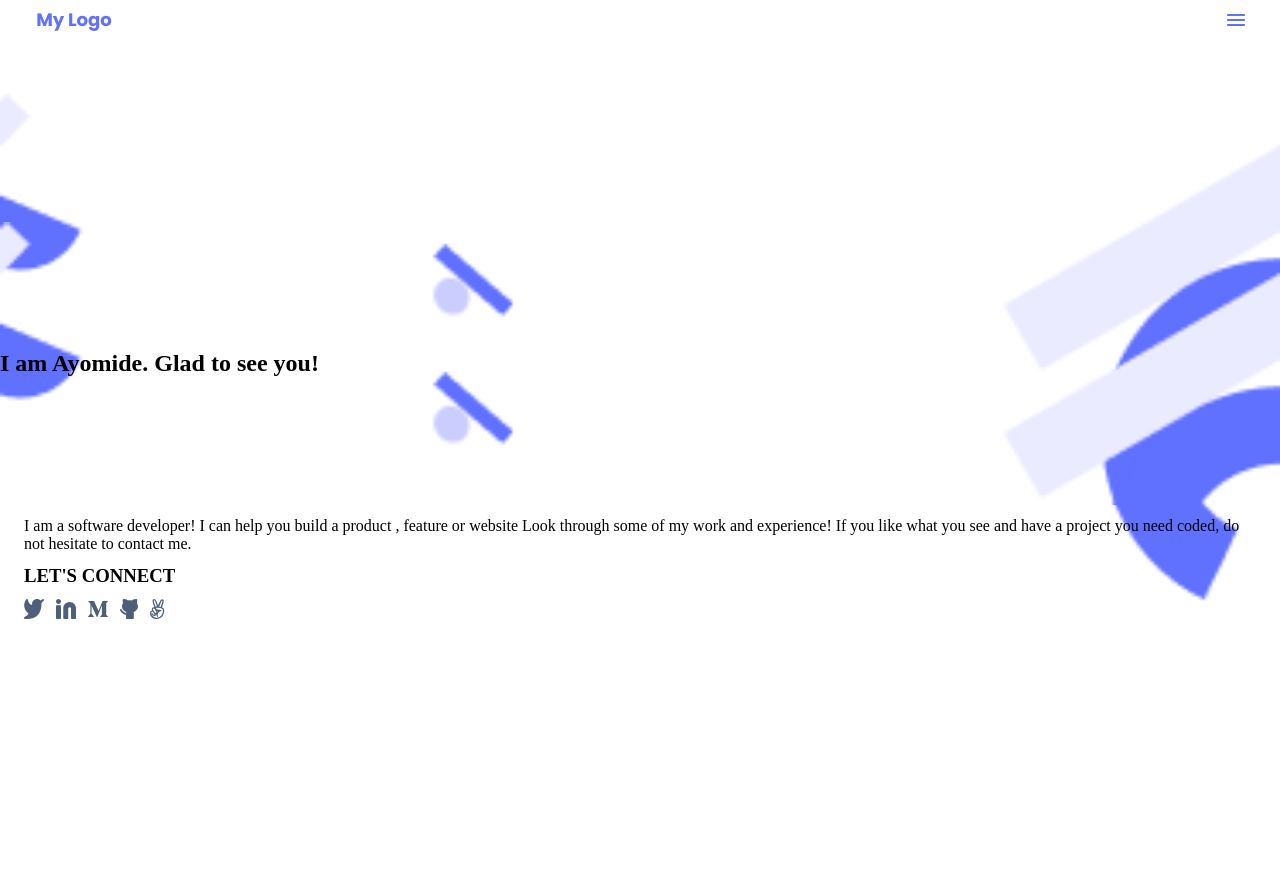
Repository: Paulinelali/potfoilo.github.io
Page: public/index.html
The author's editor kept a copy of each file at every save. The page is drawn from the files as they stood at one save, then again after a run of saves.
The browser window is 1280 px wide. The pictures show the whole page.

Above is the page before, as saved 2023-03-31 00:30:16.

### public/index.html
<!DOCTYPE html>
<html lang="en">
<head>
    <meta charset="UTF-8">
    <meta http-equiv="X-UA-Compatible" content="IE=edge">
    <meta name="viewport" content="width=device-width, initial-scale=1.0">
    <link rel="preconnect" href="https://fonts.googleapis.com">
    <link rel="preconnect" href="https://fonts.gstatic.com" crossorigin>
    <link href="https://fonts.googleapis.com/css2?family=Poppins:wght@400;700&display=swap" rel="stylesheet">
    <link rel="stylesheet" href="../styles/style.css">
    <title>Ayomide S.E.P</title>
</head>
<body>
    <header class="header">
        <nav class="nav pad-aside">
            <a href="#">
                <img src="../assets/Logo Placeholder.png" alt="">
            </a>
            <a href="#"><img src="../assets/Normal Button/Tertiary/Enabled.png" alt=""></a>
        </nav>
        <section class="intro">
            <div class="introc-content pad-aside">
                <h1 class="pad-aside">
                    I am Ayomide.
                Glad to see you!
                </h1>
                <p class="pad-aside">
                    I am a software developer! I can help you build a product , feature or website   Look through some of my work and
                    experience! If you like what you see and have a project you need coded,
                    do not hesitate to contact me.
                </p>
                <h3 class="pad-aside">
                    LET'S CONNECT
                </h3>
                <div class="social-icons pad-aside ">
                    <img src="../assets/social icons/Vector.svg" alt="">
                    <img src="../assets/social icons/Linkedin icon.svg" alt="">
                    <img src="../assets/social icons/Vector (1).svg" alt="">
                    <img src="../assets/social icons/Vector (2).svg" alt="">
                    <img src="../assets/social icons/Vector (3).svg" alt="">
                </div>
            </div>
        </section>
    </header>
</body>
</html>

### styles/style.css
*{
  margin: 0px;
  padding: 0px;
}


@import url('https://fonts.googleapis.com/css2?family=Poppins:wght@400;700&display=swap');

body{
  background-color: #E5E5E5;
}

.pad-aside{
  padding: 0px 24px;
}

.header{
  display: flex;
  flex-direction: column;
  gap: 50px;
  /* padding: 24px; */
  background-color: white;
}
.nav{
  display: flex;
  justify-content: space-between;
}

.introc-content{
  display: flex;
  flex-direction: column;
  gap: 12px;
  padding: 128px 0px;
  background-image: url("../assets/header-shapes\ mobile.png");
  background-size: cover;

}
.introc-content h1{
  display: flex;
  flex-direction: column;
  gap: 12px;
  padding: 128px 0px;
  background-image: url("../assets/header-shapes\ mobile.png");
  background-size: cover;

}

.social-icons{
  display: flex;
  gap: 12px;
  margin-bottom: 139px;
}
.social-icons img{
}

After the next 2 saves:
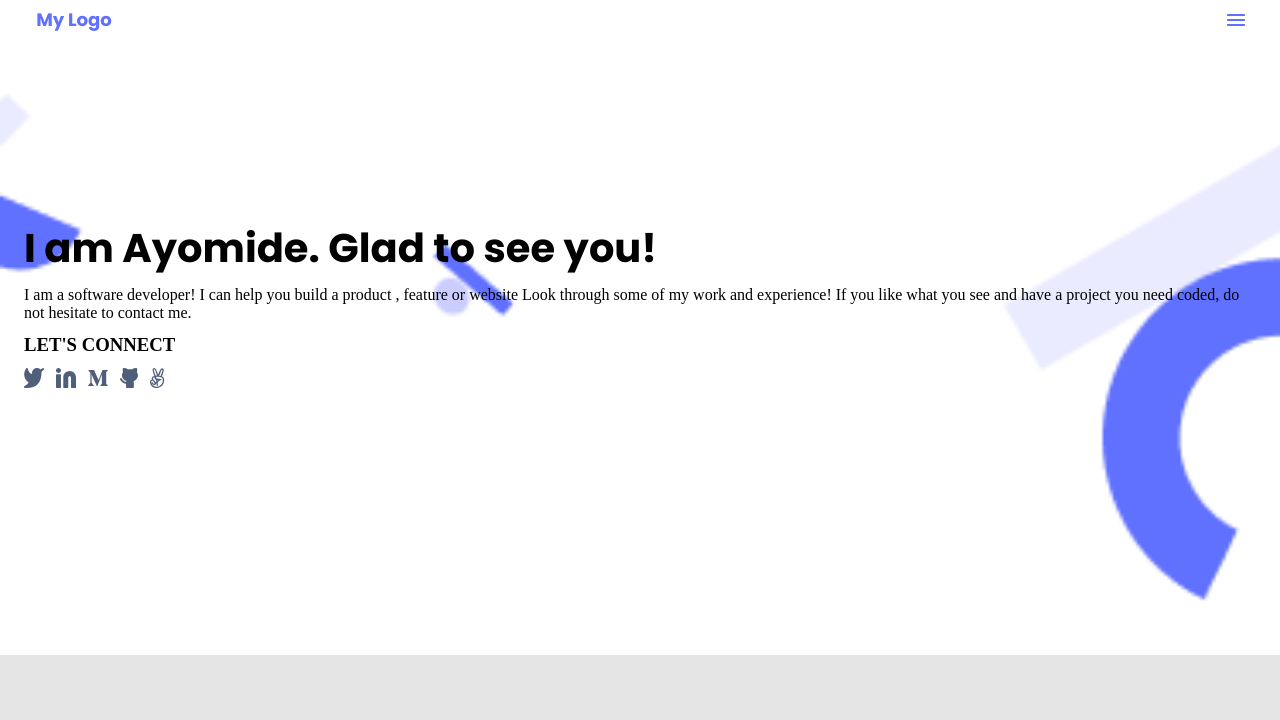
The 2 saves are shown as one change because they came seconds apart.
The last was saved 6 s later.
--- a/styles/style.css
+++ b/styles/style.css
@@ -36,12 +36,15 @@ body{
 
 }
 .introc-content h1{
-  display: flex;
-  flex-direction: column;
-  gap: 12px;
-  padding: 128px 0px;
-  background-image: url("../assets/header-shapes\ mobile.png");
-  background-size: cover;
+  font-family: 'Poppins';
+font-style: normal;
+font-weight: 700;
+font-size: 40px;
+line-height: 52px;
+/* or 130% */
+
+display: flex;
+align-items: center;
 
 }
 
